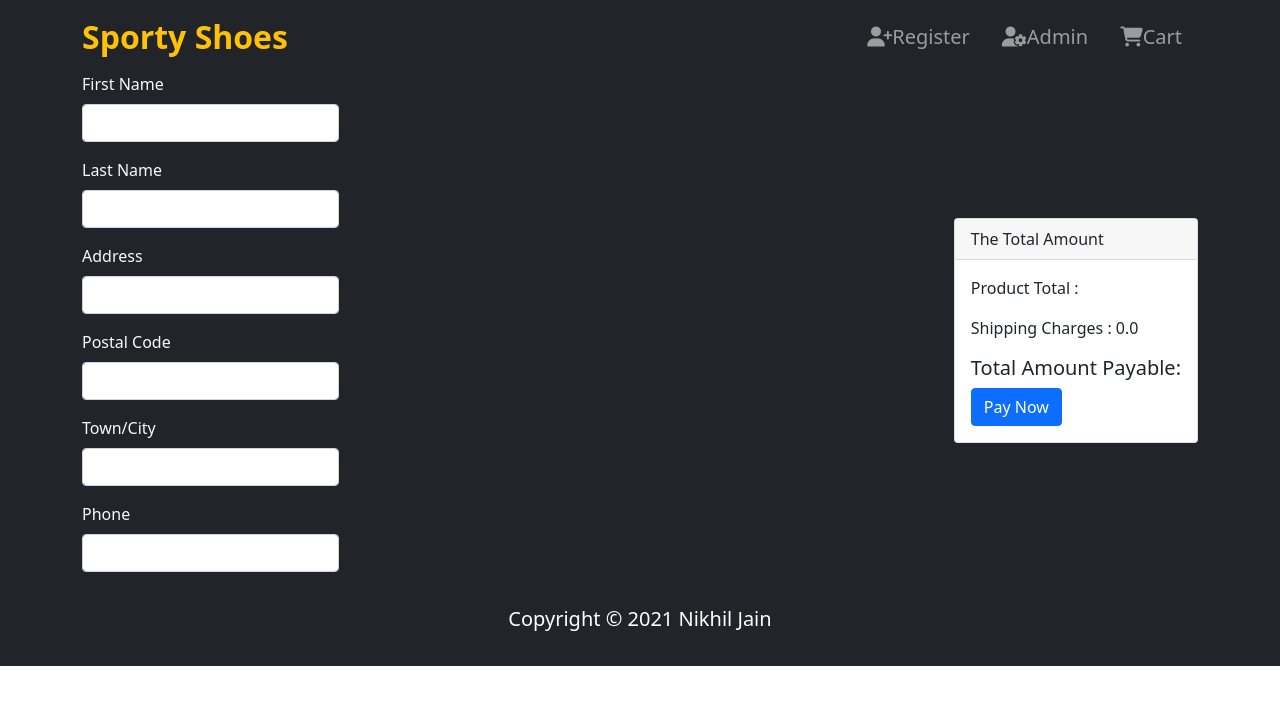
Repository: Niks4u2/SportyShoes
Page: http://localhost/checkout
An editor plug-in stored every save of this project. The page is shown before and after the next save, followed by the edit.
The browser window is 1280 px wide. The pictures show the whole page.
Some icons come from a web library that is not loaded, so they are not drawn. Some web libraries are served in a nearby version. The page is this project's Thymeleaf template; nobody is signed in. The template is opened directly, without the code that normally fills it, so the values that code supplies are empty.

Above is the page before, as saved 2021-11-10 12:26:31.

After the next save:
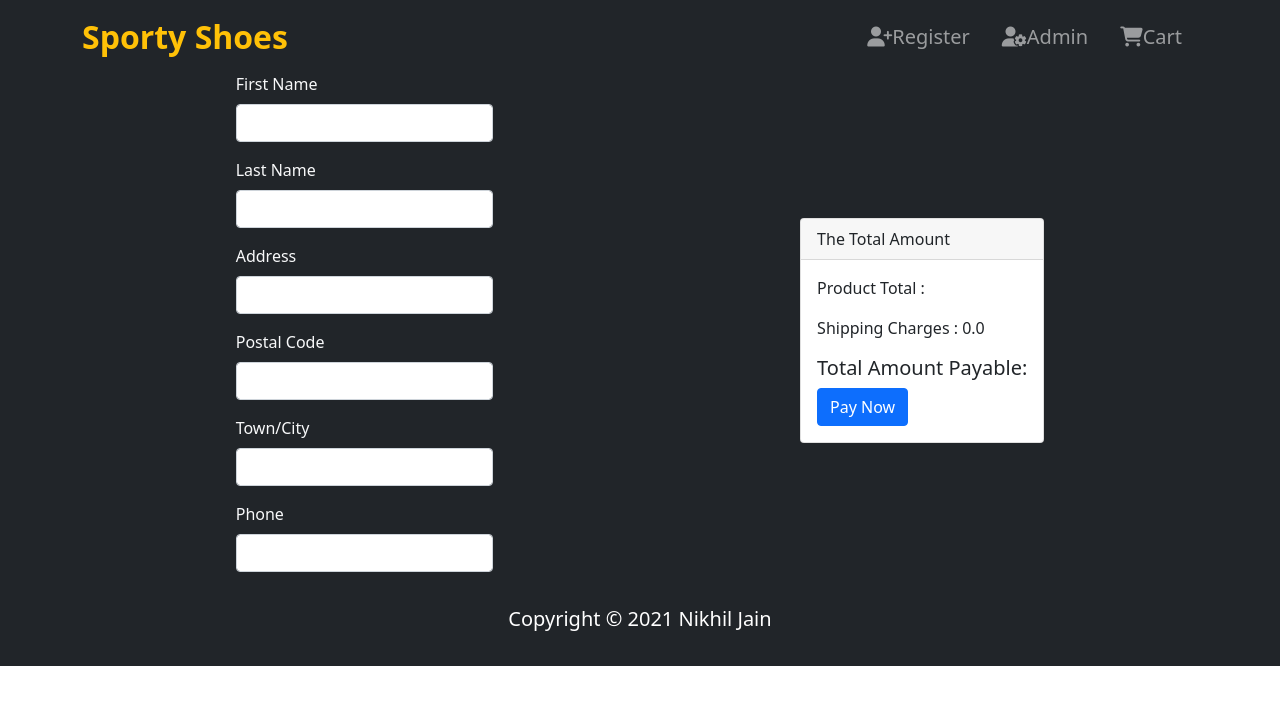
Saved 3 min 22 s later.
--- a/Source Code/sporty-shoes/src/main/resources/templates/checkout.html
+++ b/Source Code/sporty-shoes/src/main/resources/templates/checkout.html
@@ -44,7 +44,7 @@
     <!-- Billing Details -->
     <section class="bg-dark text-light p-5 p-lg-0 pt-lg-4 text-center text-sm-start">
         <div class="container">
-            <div class="d-sm-flex align-items-center justify-content-between">
+            <div class="d-sm-flex align-items-center justify-content-around">
                 <div class="ml-4 pl-4">
 <form>
   <div class="mb-3">
